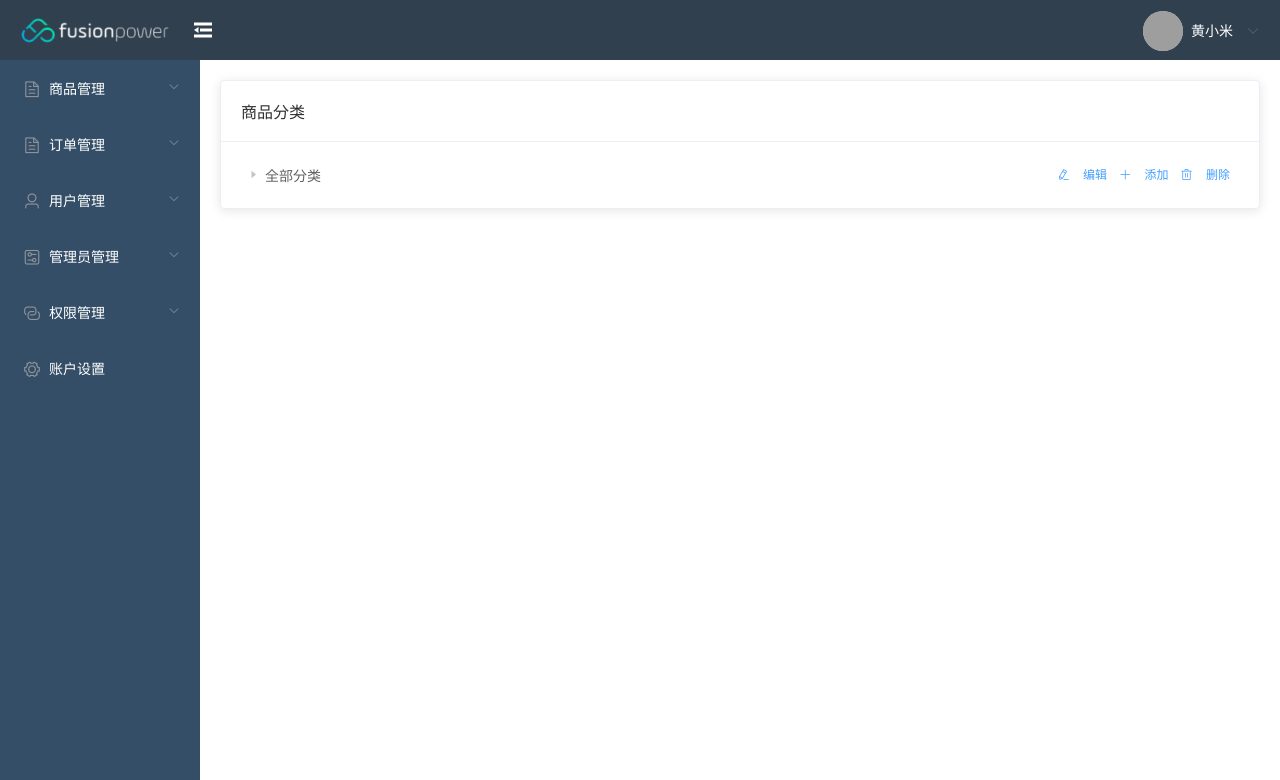
Repository: HanNing-cyber/vue-cms-project
Page: /#/goods/category
These files come from the project's save history. The page is drawn as it stood at one moment and after the next save; the edit follows.
The browser window is 1280 px wide. The pictures show the whole page.
Pictures or frames that could not be fetched are drawn as grey boxes. The project was rebuilt for these pictures with package versions that can differ from the ones it lists, and the page was loaded fresh each time. Also part of the build but not shown: vue.config.js, src/views/Login.vue, src/views/Register.vue.

Above is the page before, as saved 2020-04-25 21:56:03.

After the next save:
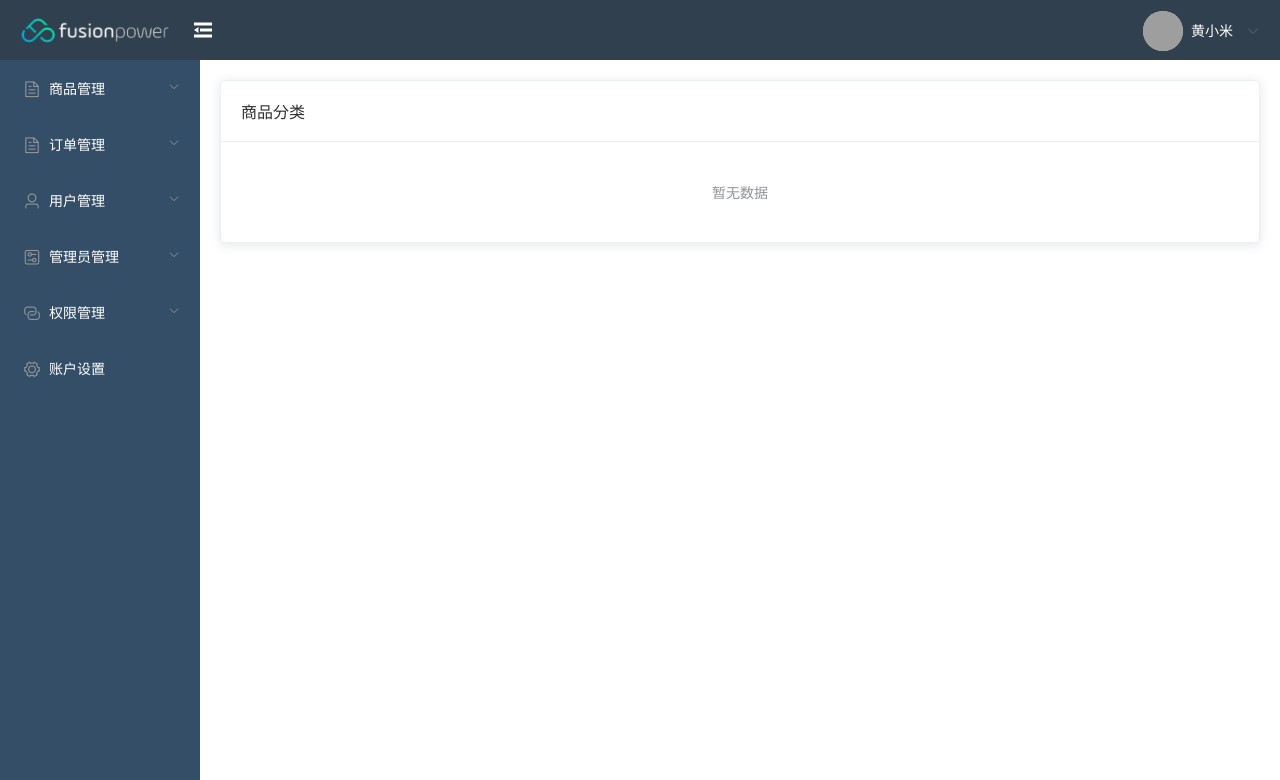
Saved 18 s later.
--- a/src/views/Goods/Category.vue
+++ b/src/views/Goods/Category.vue
@@ -135,7 +135,7 @@
     async loadNode(node, resolve) {
       console.log(node);
       // 根节点
-      if (node.level == 0) {
+      if (node.level == 1) {
         return resolve([{ name: "全部分类", id: 1 }]);
       }
       // 子节点，一级分类

After the save that followed:
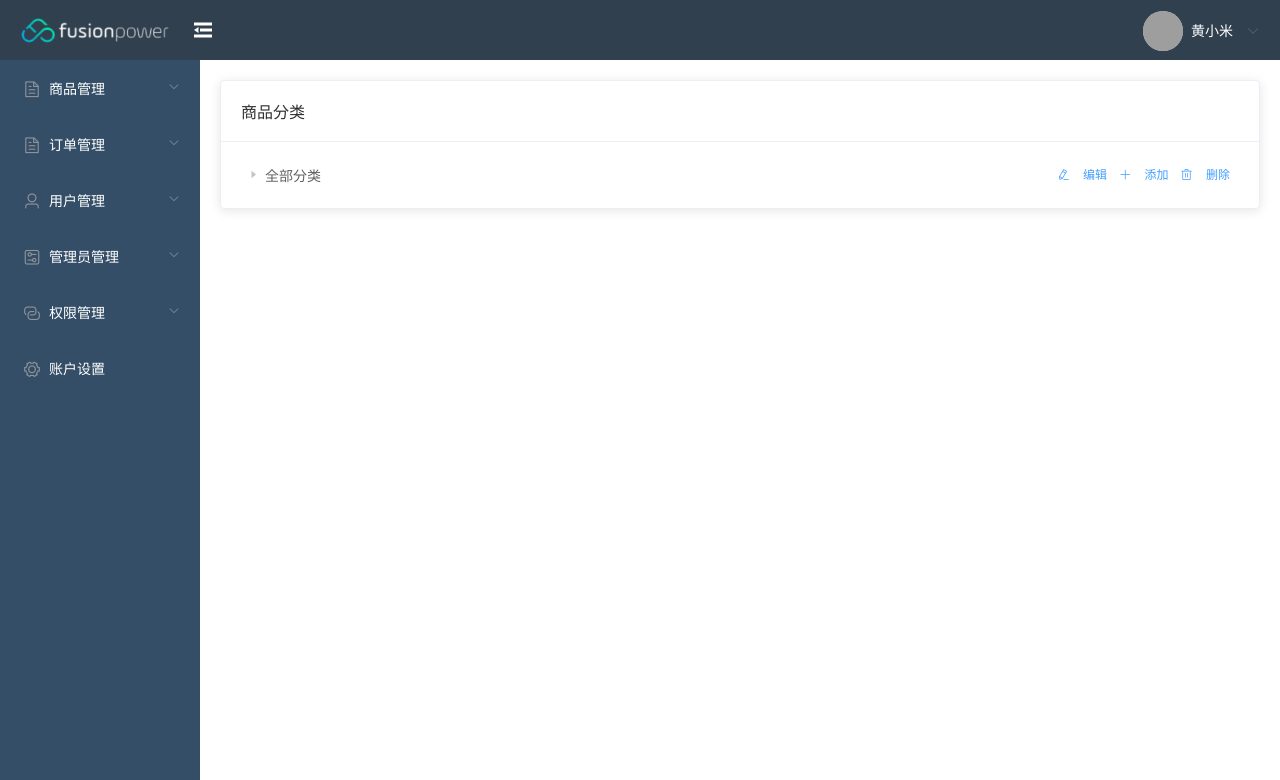
Saved 3 min 36 s later.
--- a/src/views/Goods/Category.vue
+++ b/src/views/Goods/Category.vue
@@ -135,7 +135,7 @@
     async loadNode(node, resolve) {
       console.log(node);
       // 根节点
-      if (node.level == 1) {
+      if (node.level == 0) {
         return resolve([{ name: "全部分类", id: 1 }]);
       }
       // 子节点，一级分类
